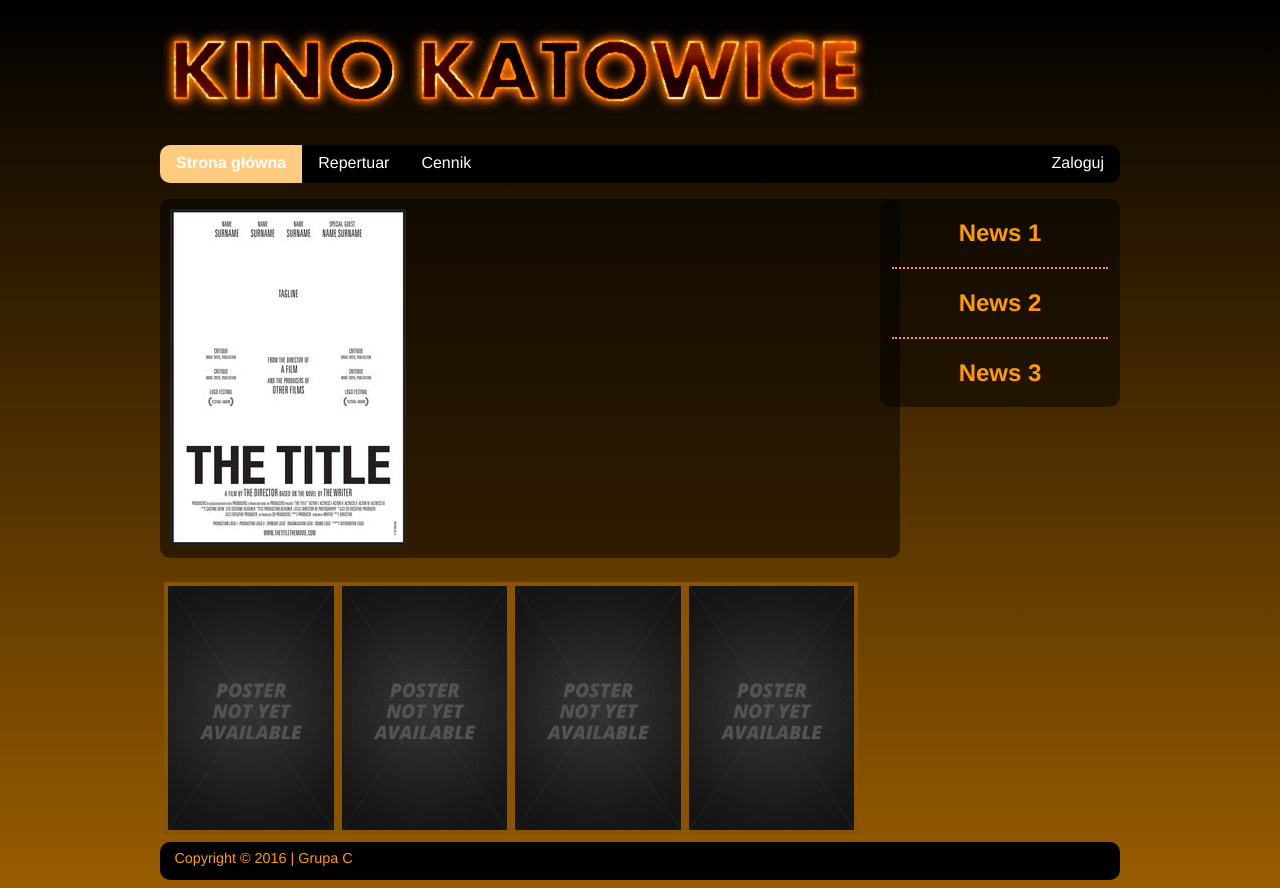
Repository: Gate4/Grupa-C
Page: http://localhost/KinoWebApp/WEB-INF/jsp/welcome.jsp
An editor plug-in stored every save of this project. The page is shown before and after the next save, followed by the edit.
The browser window is 1280 px wide. The pictures show the whole page.
Some web libraries are served in a nearby version. The page is served by Tomcat 9. Nobody is signed in. Other server files are loaded and not shown. The template is opened directly, without the code that normally fills it, so the values that code supplies are empty.

Above is the page before, as saved 2016-04-21 21:39:23.

### KinoWebApp/WebContent/WEB-INF/jsp/welcome.jsp
<%@page pageEncoding="UTF-8" contentType="text/html; charset=UTF-8"%>
<%@ taglib prefix="spring" uri="http://www.springframework.org/tags"%>
<!DOCTYPE html>
<html>
<head>


<spring:url value="/resources/style.css" var="styleCSS" />
<link href="${styleCSS}" rel="stylesheet" />
<script
	src="https://ajax.googleapis.com/ajax/libs/jquery/2.1.3/jquery.min.js"></script>
<link href="${styleCSS}" rel="stylesheet" />
<title>Kino</title>
</head>

<body>
	<div id="page">
		<header>
			<h1 id="logo">
				<img src="img/logo.png" alt="Najlepsze kino ever">
			</h1>

			<nav class="clear">
				<ul>
					<li><a class="active" href='#'>Strona główna</a></li>
					<li><a href='#'>Repertuar</a></li>
					<li><a href='#'>Cennik</a></li>
					<li><a href='#'>Zaloguj</a></li>
				</ul>
			</nav>
		</header>


		<div id="content" role="main">
			<section class="primary">
				<section class="tile">
					<img src="resources/img/poster1.jpg" alt="Tytuł filmu 1">
				</section>

				<section class="poster">
					<a href='#'><img src="resources/img/poster4.jpg"
						alt="Tytuł filmu 1"></a>
				</section>
				<section class="poster">
					<a href='#'><img src="resources/img/poster4.jpg"
						alt="Tytuł filmu 2"></a>
				</section>
				<section class="poster">
					<a href='#'><img src="resources/img/poster4.jpg"
						alt="Tytuł filmu 3"></a>
				</section>
				<section class="poster">
					<a href='#'><img src="resources/img/poster4.jpg"
						alt="Tytuł filmu 4"></a>
				</section>

			</section>

			<aside class="secondary">
				<section>
					<h2>News 1</h2>
					<p>${message}</p>
				</section>
				<hr>
				<section>
					<h2>News 2</h2>
					<p>${message}</p>
				</section>
				<hr>
				<section>
					<h2>News 3</h2>
					<p>${message}</p>
				</section>
			</aside>
		</div>

		<footer class="clear">
			<section class="footer">
				<p>Copyright © 2016 | Grupa C</p>
			</section>
		</footer>
	</div>

</body>

</html>

### KinoWebApp/WebContent/resources/style.css
body{
	background: #000000;
	background: linear-gradient(#000000, #995c00);
	color: #FF9A00;
	font-family: Helvetica, Verdana, sans;
}

#page{
	width: 960px;
	margin: 0 auto;
}

#logo, .primary, .poster, .tile{
	float: left;
}

#contact, .secondary{
	float: right;
}

.clear{
	clear: both;
}

.primary{
	width: 720px;
}

.secondary{
	border-radius: 10px;
	background-color: #000000;
	background-color: rgba(0,0,0,0.5);
	width: 240px;
}

.secondary p{
	margin-left: 1em;
	text-align: left;
	color: #FFCC7F;
}

.secondary h2{
	text-align: center;
}

.secondary hr{
	border: none;
	border-top: 2px dotted #FF9A00;
	width: 90%;
}

nav ul{
	border-radius: 10px;
	background-color: #000000;
	min-height: 2.4em;
	list-style: none;
	padding: 0;
}

nav ul li{
	display: inline;
	padding: 5px 1em;
}

nav ul li a{
	display: block;
	float: left;
	height: 1.2em;
	padding: 0.6em 1em;
	margin: 0;
	color: #fff;
	text-decoration: none;
}

nav ul li a:hover, a.active{
	background: #FFCC7F;
	font-weight: bold;
}

nav ul li:last-child{
	float: right;
	padding: 0;
}

nav ul li:first-child a:hover, nav ul li:first-child a.active{
	border-radius: 10px 0 0 10px;
}

nav ul li:last-child a:hover, nav ul li:last-child a.active{
	border-radius: 0 10px 10px 0;
}


.hidden{
	display: none;
}

.poster{
	width: 23%;
	padding: 4px 4px 4px 4px;
}

.poster img{
	border-style: solid;
    border-width: 4px;
    border-color: #895300;
	width: 100%;
}

.poster img:hover{
	border-style: solid;
    border-width: 4px;
    border-color: #ffb13b;
	width: 100%;
}


.tile{
    border-radius: 10px;
	background-color: #000000;
	background-color: rgba(0,0,0,0.5);
    width: 100%;

    color: #111;

    font-size: 0.8em;

    text-align: left;

    margin: 0px 20px 20px 0px;

    padding: 10px 10px 10px 10px;

    border-radius: 10px;
}

.footer{
	border-radius: 10px;
	background-color: #000000;
	min-height: 2.4em;
	padding: 0 0px 0 0;
}

.footer p{
	font-size: 0.9em;
	padding: 0.6em 1em;
}

After the next save:
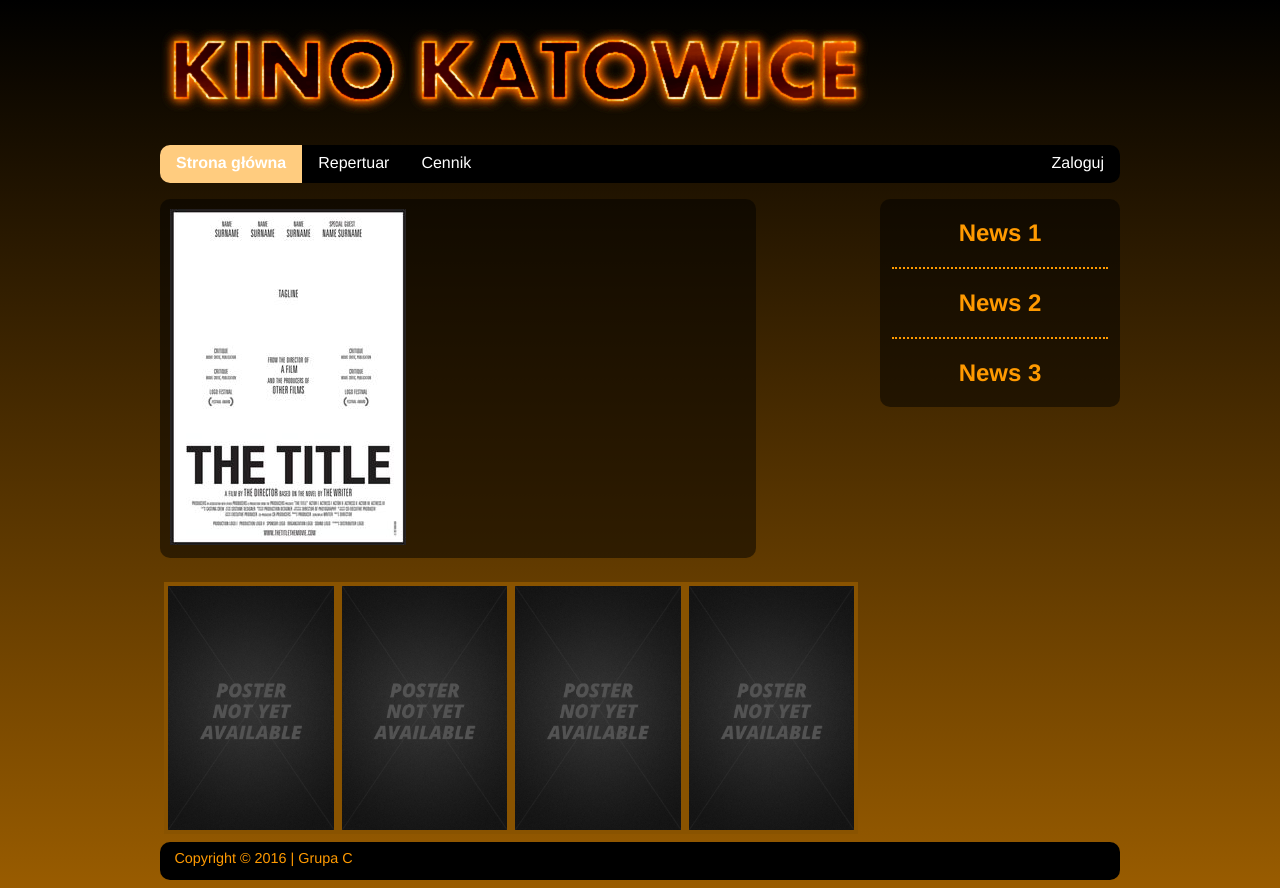
Saved 18 s later.
--- a/KinoWebApp/WebContent/resources/style.css
+++ b/KinoWebApp/WebContent/resources/style.css
@@ -119,7 +119,7 @@ nav ul li:last-child a:hover, nav ul li:last-child a.active{
     border-radius: 10px;
 	background-color: #000000;
 	background-color: rgba(0,0,0,0.5);
-    width: 100%;
+    width: 80%;
 
     color: #111;
 
